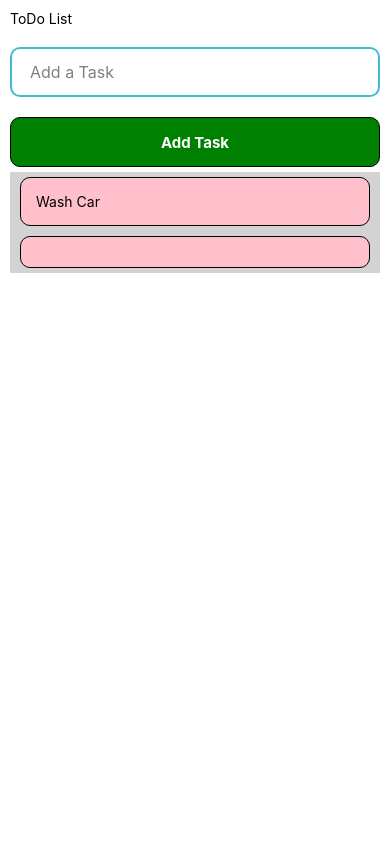
Repository: raisingh22/Projects
Screen: /
These files come from the project's save history. The screen is drawn as it stood at one moment and after a run of saves; the edit follows.
The app was drawn by React Native's web renderer in a window 390 px wide. The project was rebuilt for these pictures with package versions that can differ from the ones it lists, and the page was loaded fresh each time.

Above is the screen before, as saved 2024-01-21 19:18:06.

### App.js
import { View, Text, SafeAreaView } from 'react-native'
import React from 'react'
import ToDo from './src/ToDoList/screens/ToDo'

const App = () => {
  return (
   <SafeAreaView style={{
    flex:1
   }}>
     <ToDo/>
   </SafeAreaView>
  )
}

export default App

### src/ToDoList/screens/ToDo.js
import {StyleSheet, Text, TextInput, View} from 'react-native';
import React from 'react';
import MyBtn from '../../components/MyBtn';
import MyFlatList from '../../components/MyFlatList';

const DummyData = [
  {
    id: '1',
    name: 'Wash Car',
  },
  {
    id: '2',
    name: '',
  },
];
const ToDo = () => {
  return (
    <View
      style={{
        margin: 10,
      }}>
      <Text>ToDo List</Text>
      <TextInput
        placeholder="Add a Task"
        placeholderTextColor={'grey'}
        style={styles.textInput}
      />
      <MyBtn
        text={'Add Task'}
        btnStyle={{backgroundColor: 'green'}}
        textStyle={{
          fontSize: 15,
          fontWeight: 'bold',
        }}
      />
      <MyFlatList
        data={DummyData}
        // bounces={false}
        renderItem={(item, index) => (
          <View
            style={{
              flexDirection: 'row',
              justifyContent: 'space-between',
              alignItems: 'center',
              backgroundColor: 'pink',
              padding: 15,
              borderWidth: 1,
              marginVertical: 5,
              borderRadius: 10,
              marginHorizontal: 10,
            }}>
            <Text>{item.name}</Text>
          </View>
        )}
      />
    </View>
  );
};

export default ToDo;

const styles = StyleSheet.create({
  textInput: {
    width: '100%',
    height: 50,
    marginVertical: 20,
    borderWidth: 2,
    paddingVertical: 14,
    paddingHorizontal: 18,
    fontSize: 16,
    borderColor: '#40bdd4',
    borderRadius: 10,
  },
});

### src/components/MyBtn.js
import {StyleSheet, Text, TouchableOpacity, View} from 'react-native';
import React from 'react';

const MyBtn = ({text, onPress, btnStyle , textStyle}) => {
  return (
    <TouchableOpacity style={[styles.btn, btnStyle]} onPress={onPress}>
      <Text style={[styles.btnText, textStyle]} >{text}</Text>
    </TouchableOpacity>
  );
};

export default MyBtn;

const styles = StyleSheet.create({
  btn: {
    width: '100%',
    height: 50,
    backgroundColor: 'black',
    borderWidth: 1,
    borderRadius: 10,
    alignItems: 'center',
    justifyContent: 'center',
  },
  btnText: {
    color: 'white',
    // You can add more text styles here if needed
  },
});

### src/components/MyFlatList.js
import {FlatList, StyleSheet, Text, View} from 'react-native';
import React from 'react';

const MyFlatList = ({data, renderItem = (item, index) => {},bounces}) => {
  return (
    <FlatList
    bounces={bounces}
      data={data}
      renderItem={({item, index}) => renderItem(item, index)}
      keyExtractor={item => item.id.toString()}
      style={styles.list}
    />
  );
};

export default MyFlatList;

const styles = StyleSheet.create({
    list: {
        marginVertical:5,
        // flex: 1, // Example: Expand the FlatList to fill available space
        backgroundColor: 'lightgray', // Example: Set background color
        height:"50%"
      },
});

After the next 2 saves:
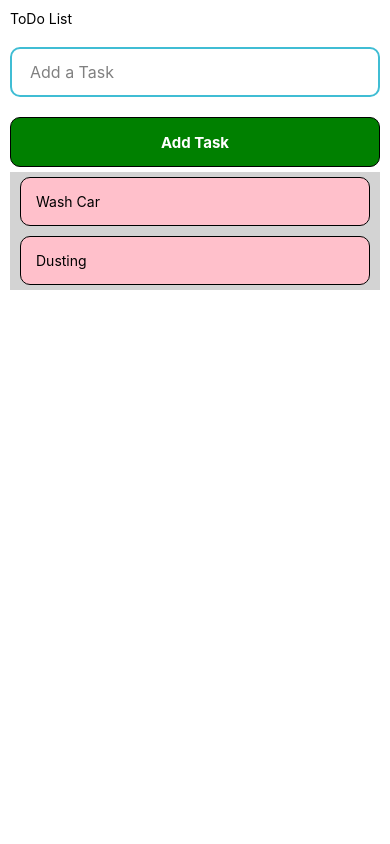
The 2 saves are shown as one change because they came seconds apart.
The last was saved 7 s later.
--- a/src/ToDoList/screens/ToDo.js
+++ b/src/ToDoList/screens/ToDo.js
@@ -10,7 +10,7 @@ const DummyData = [
   },
   {
     id: '2',
-    name: '',
+    name: 'Dusting'
   },
 ];
 const ToDo = () => {
